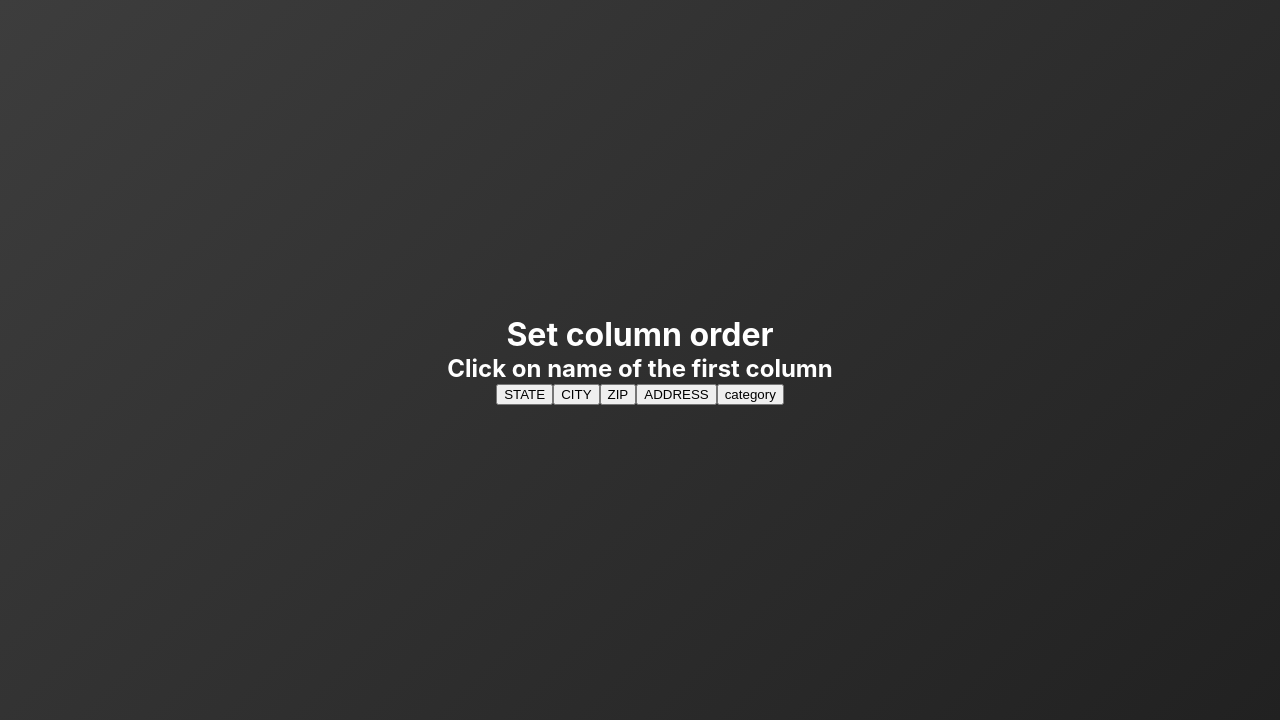
Repository: RXBVK/rt-map
Page: /
An editor plug-in stored every save of this project. The page is shown before and after the next save, followed by the edit.
The browser window is 1280 px wide. The pictures show the whole page.
The project was rebuilt for these pictures with package versions that can differ from the ones it lists, and the page was loaded fresh each time.

Above is the page before, as saved 2021-07-21 14:39:00.

After the next save:
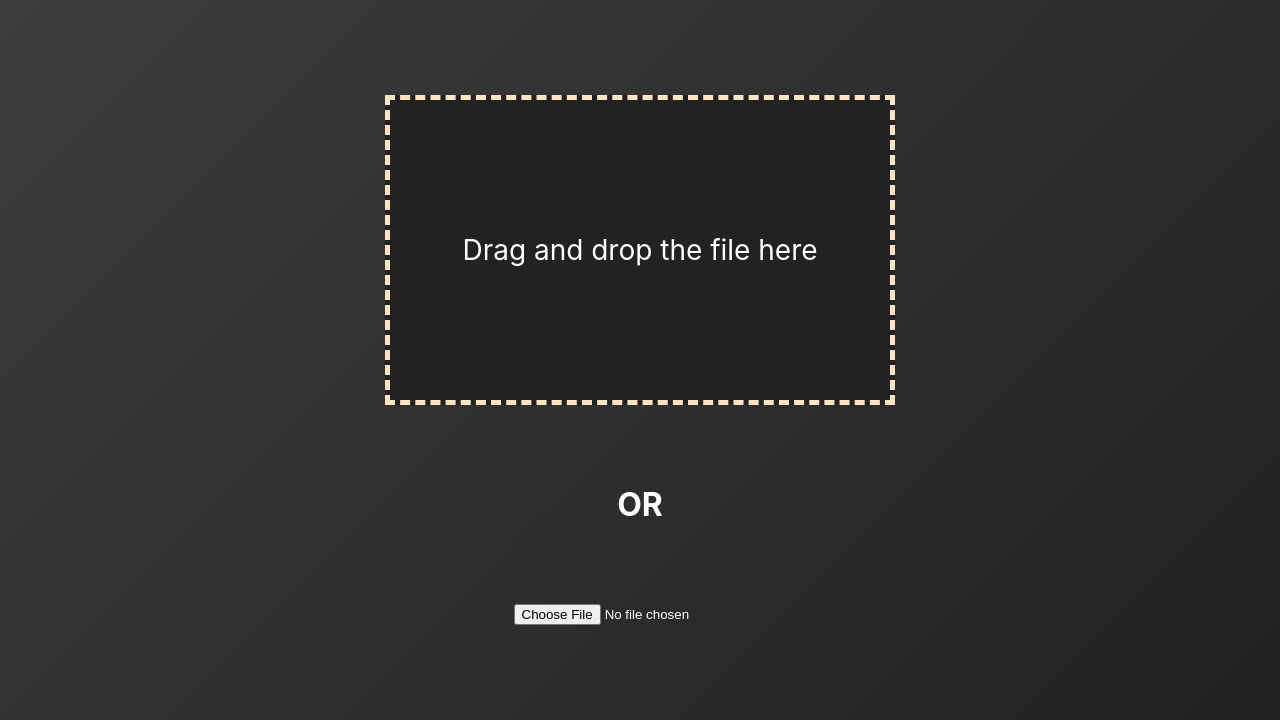
Saved 28 s later.
--- a/src/App.js
+++ b/src/App.js
@@ -8,7 +8,7 @@ function App() {
   const [dataFromRows, setDataFromRows] = useState([]);
   return (
     <div className="main__container">
-      {!uploadedRows ? (
+      {uploadedRows.length === 0 ? (
         <CsvUploader setUploadedRows={setUploadedRows} />
       ) : (
         <ColumnsPicker />
